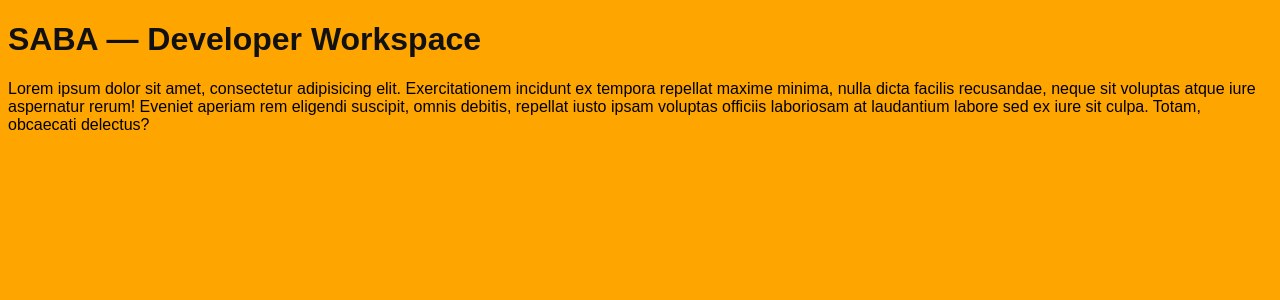
Repository: akashdev296-collab/saba
Page: index.html
These files come from the project's save history. The page is drawn as it stood at one moment and after a run of saves; the edit follows.
The browser window is 1280 px wide. The pictures show the whole page.

Above is the page before, as saved 2026-09-01 17:47:33.
Not found: js/app.js

After the next 6 saves:
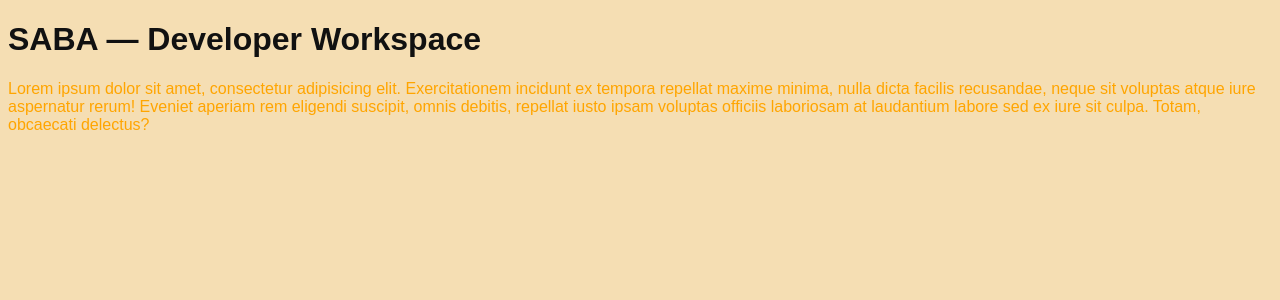
The 6 saves are shown as one change because they came seconds apart.
The last was saved 17 s later.
--- a/css/style.css
+++ b/css/style.css
@@ -1,6 +1,6 @@
 body {
     font-family: Arial, sans-serif;
-    background: orange;
+    background: wheat;
 }
 
 h1 {
@@ -8,5 +8,5 @@ h1 {
 }
 p{
     font-weight: 400;
-    color: ;
+    color: orange;
 }
